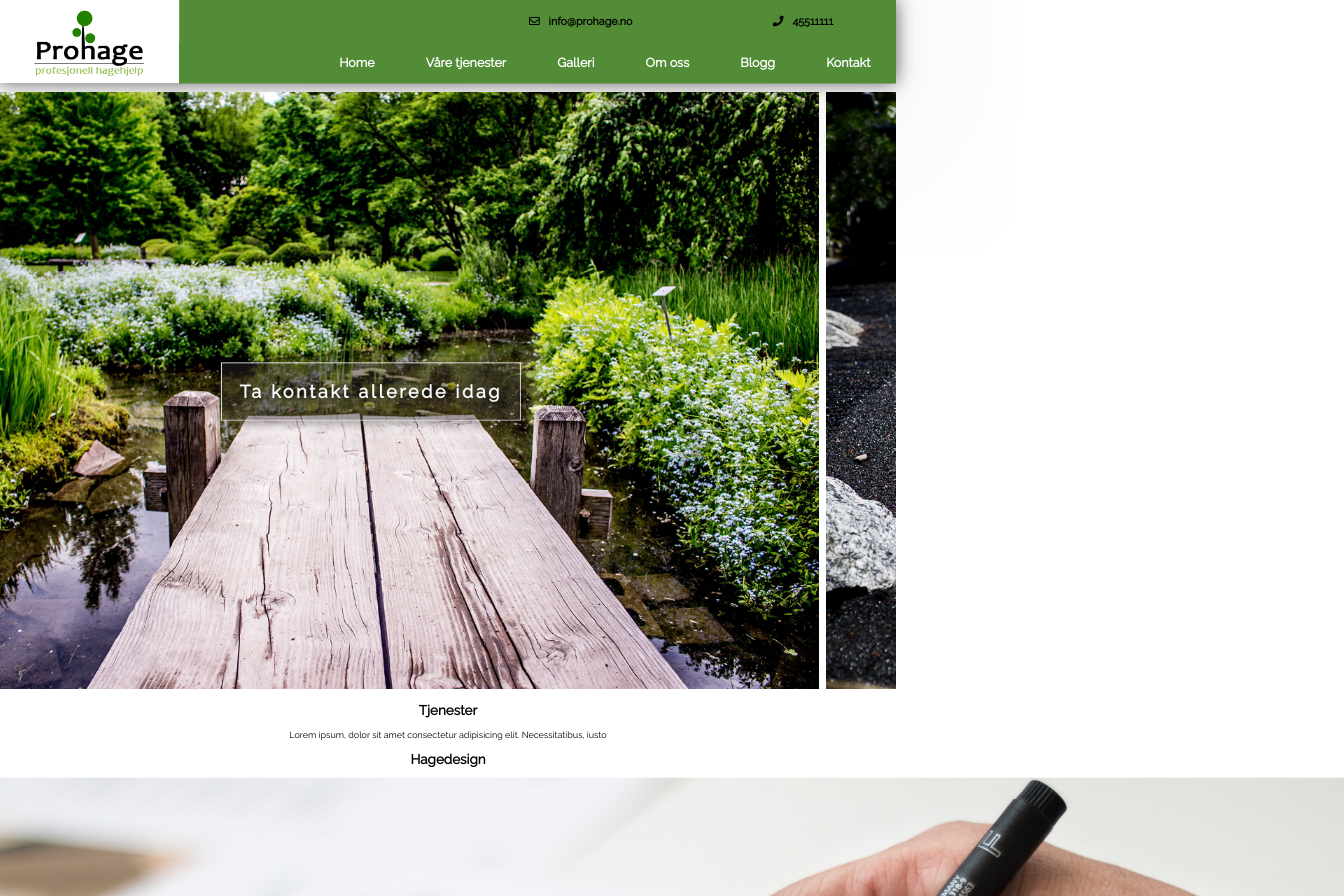
Repository: marinazzz/garden-design-website
Page: index.html
The author's editor kept a copy of each file at every save. The page is drawn from the files as they stood at one save, then again after the next save.
The browser window is 1280 px wide. The page is 1920 px wide, then 1280 px, so the pictures cover 1920 px, including what lies to the right of the window. The pictures show the part of the page from y = 0 to 1280 px (the page is 5349 px tall before and 2920 px after), at 70% of full size.

Above is the page before, as saved 2020-03-31 10:31:14.

### index.html
<!DOCTYPE html>
<html lang="nb">
<head>
    <title>Hagedesign Oslo</title>
    <link rel="stylesheet" type="text/css" href="CSS/fontawesome-free-5.12.1-web/css/all.min.css">
    <link rel="stylesheet" type="text/css" href="CSS/style.css"/>
    <link rel="stylesheet" type="text/css" href="CSS/min-width-768px.css">
    <link rel="stylesheet" type="text/css" href="CSS/min-width-992px.css">
    <link rel="stylesheet" href="https://cdnjs.cloudflare.com/ajax/libs/animate.css/3.7.2/animate.min.css">
    <link rel="stylesheet" type="text/css" href="PLUGINS/glide-master/dist/css/glide.core.min.css" />
    <link rel="stylesheet" type="text/css" href="PLUGINS/glide-master/dist/css/glide.theme.min.css" />
    <link href="https://fonts.googleapis.com/css?family=Raleway&display=swap" rel="stylesheet">
    <meta name="viewport" content="width=device-width, initial-scale=1" charset="UTF-8">
</head>
<body>
    <header class="header--white-green">
        <div class="wrapper">
        <div class="container__menu--small container__menu"> <!--grid container-->
            <div class="container__logo"> <!--1.column-->
                <img class="logo"src="images/prohage black.png" alt="Prohage logo">
            </div>
            <div class="container__items--small container__items"> <!--2.column-->
                <div class="container__item"> <!--1.row-->
                     <a href="mailto:info@prohage.no"
                         class ="container__item-txt"><i class="far fa-envelope"></i>info@prohage.no</a>
                     <a href="tlf:45511111"
                         class="container__item-txt"><i class="fas fa-phone"></i>45511111</a>
                </div>
               <div class="container__item-bottom"> <!--2.row-->
                   <button class="menu__toggle">
                       <i class="fas fa-bars"></i>
                   </button>
                   <nav id="menu">
                        <ul class="menu__list">
                            <li class="menu__item">
                                <a class="menu__link" href="home">Home</a>
                            </li>
                            <li class="menu__item">
                                <a class="menu__link" href="#services">Våre tjenester</a>
                            </li>
                            <li class="menu__item">
                                <a class="menu__link" href="#gallery">Galleri</a>
                            </li>
                            <li class="menu__item">
                                <a class="menu__link" href="#about">Om oss</a>
                            </li>
                            <li class="menu__item">
                                <a class="menu__link" href="#blog">Blogg</a>
                            </li>
                            <li class="menu__item">
                                <a class="menu__link" href="kontakt">Kontakt</a>
                            </li>
                       </ul>
                   </nav>
               </div>
            </div>
            </div>
        </div>
        <section id="main-photo">
            <div class="glide">
                <div class="glide__track"
                     data-glide-el="track">
                    <ul class="glide__slides">
                        <li class="glide__slide">
                            <img class="main-photo__item"
                                 srcset="images/daylight-environment-garden-2000.jpg 2000w,
                                         images/daylight-environment-garden-1000.jpg 1000w"
                                 sizes="(min-width: 1440px) 2000px, 100vw"
                                 src="images/daylight-environment-garden-2000.jpg" alt="Garden and plants" />
                                 <h1 class="main-photo__title">Profesjonell hagehjelp</h1>
                        </li>
                        <li class="glide__slide">
                            <img class="main-photo__item"
                                 srcset="images/main-header-photo-2000.jpg 2000w,
                                          images/main-header-photo-1000.jpg 1000w"
                                 sizes="(min-width: 1440px) 2000px, 100vw"
                                 src="images/main-header-photo-2000.jpg" alt="Garden and plants" />
                                 <h1 class="main-photo__title">Ta kontakt allerede idag</h1>
                                </li>
                        <li class="glide__slide">
                            <img class="main-photo__item"
                                 srcset="images/header-photo-2000.jpg 2000w,
                                         images/header-photo-1000.jpg 1000w"
                                 sizes="(min-width: 1440px) 2000px, 100vw"
                                 src="images/header-photo-2000.jpg" alt="Garden designed by proffesional" />
                                 <h1 class="main-photo__title">Rådgiving og tipser</h1>
                        </li>
                        <li class="glide__slide">
                            <img class="main-photo__item"
                                 srcset="images/bloom-blooming-blur-2000.jpg 2000w,
                                         images/bloom-blooming-blur-1000.jpg 1000w"
                                 sizes="(min-width: 1440px) 2000px, 100vw"
                                 src="images/bloom-blooming-blur-2000.jpg" alt="Garden designed by proffesional" />
                                 <h1 class="main-photo__title">Følg vår hageblogg</h1>
                        </li>
                    </ul>
                </div>
                <!--<div class="glide__arrows"
                         data-glide-el="controls">
                        <button class="glide__arrow glide__arrow--left"
                                data-glide-dir="<">
                            <i class="fas fa-chevron-circle-left"></i>
                        </button>
                        <button class="glide__arrow glide__arrow--right"
                                data-glide-dir=">">
                            <i class="fas fa-chevron-circle-right"></i>
                        </button>
                    </div>-->
            </div>

            <!--<img class="main-photo__item1"
                 srcset="images/architecture-clouds-daylight-2000.jpg 2000w,
                         images/architecture-clouds-daylight-1000.jpg 1000w"
                 sizes="(min-width: 1440px) 2000px, 100vw"
                 src="images/architecture-clouds-daylight-2000.jpg" alt="Garden">
            <img class="main-photo__item2"
                 srcset="images/header-photo-2000.jpg 2000w,
                         images/header-photo-1000.jpg 1000w"
                 sizes="(min-width: 1440px) 2000px, 100vw"
                 src="images/header-photo-2000.jpg" alt="Garden designed by proffesional" >
            <img class="main-photo__item3"
                 srcset="images/main-header-photo-2000.jpg 2000w,
                         images/main-header-photo-1000.jpg 1000w"
                 sizes="(min-width: 1440px) 2000px, 100vw"
                 src="images/main-header-photo-2000.jpg" alt="Garden and plants" >
            <h1 class="main-photo__title">Profesjonell hagehjelp</h1>-->
        </section>
     </header>
     <main>
         <section id="services">
            <h1 class="services-title">Tjenester</h1>
            <p class="services-txt">Lorem ipsum, dolor sit amet consectetur adipisicing elit. Necessitatibus, iusto</p>
            <section class="services-item">
                <h2 class="services-item-title">Hagedesign</h2>
                <img class="services-photo" src="images/person-holding-black-pen-1109541.jpg" alt="Hagedesigner tegner">
                <p class="services-txt">Lorem ipsum dolor sit amet consectetur adipisicing elit. Reiciendis, laboriosam.</p>
                <button class="services-toggle">les mer</button>
            </section>
            <section class="services-item">
                <h2 class= "services-item-title">Hagekonsultasjon</h2>
                <img class="services-photo" src="images/colorful-garden-1226667-1919x1272.jpg" alt="Hagekonsultasjon med hagedesigner">
                <p class="services-txt">Lorem ipsum dolor sit amet consectetur adipisicing elit. Reiciendis, laboriosam.</p>
                <button class="services-toggle">les mer</button>
            </section>
            <section class="services-item">
                <h2 class="services-item-title">Hageskise</h2>
                <img class="services-photo" src="images/selective-focus-photography-of-green-leafed-plant-on-table-1424464.jpg" alt="Hagedesigner hjelp">
                <p class="services-txt">Lorem ipsum dolor sit amet consectetur adipisicing elit. Reiciendis, laboriosam.</p>
                <button class="services-toggle">les mer</button>
            </section>
         </section>
         <section id="gallery">

        </section>
         <article id="blog-posts">
             <h3>Title of blog</h2>
             <p>Blog post text</p>
         </article>
         <section id="about oss">

        </section>
     </main>
     <footer>
	     <p>designed by Marina Zujic
		     <a href="https://github.com/marinazzz">github.com/marinazzz</a>
	     </p>
     </footer>
     <script src="PLUGINS/glide-master/dist/glide.min.js"></script>
     <script>
        new Glide('.glide', {
            type: 'carousel',
            autoplay: true,
            hoverpause: false,
            perView: 1,
            direction: 'rtl',
            animationDuration: 10000
        }).mount()
      </script>
     <script src="JS/js-app.js"></script>
</body>
</html>

### CSS/style.css
html {
  font-size: 62.5%;
}

body {
  margin: 0;
  padding: 0;
  text-align: center;
  box-sizing: border-box;
  font-family: 'Raleway', sans-serif;
}

       /*__ HEADER__ */

/*color styles*/
.header--white-green {
  --header-bg-color: #528C36;
  --header-link-color: black;
  --header-menu-link: #fff;
  --header-toggle-color: #528C36;
}

/*main style*/
.container__menu--small {
  display: flex;
  justify-content: space-around;
  box-shadow: 0 0 2rem 0 rgba(0, 0, 0, 0.24), 0 0 30rem 0 rgba(0, 0, 0, 0.2);
}

.logo {
  max-height: 8rem;
  background: white;
}

.container__items--small {
  display: grid;
  grid-template-rows: 1fr 1fr;
  align-content: flex-end;
  width: 250px;
}

.container__item {
  align-self: center;
}

.container__item,
.container__item-bottom {
  text-align: end;
}

.container__item-txt {
  color: var(--header-link-color);
  text-decoration: none;
  font-size: 1.2rem;
}

.container__item > a:first-of-type {
  padding-right: 1.6rem;
}

.container__item-bottom > nav {
  text-align: center;
}

.menu__toggle {
  color: var(--header-bg-color);
  box-sizing: border-box;
  border: none;
  background-color: transparent;
  outline: none;
  font-size: 3rem;
  line-height: 0;
  padding: 0.5rem;
  color: var(--header-toggle-color);
  position: relative;
  z-index: 100;
}

.fa-phone,
.fa-envelope {
  margin-right: 1rem;
}


/* MENU */

#menu {
  display: none;
  position: absolute;
  top: auto;
  left: 0;
  width: 100%;
  padding-top: 1rem;
  background-color: var(--header-bg-color);
  z-index: 20;
}

.menu__list {
  padding: 0;
  margin: 0;
  display: flex;
  flex-direction: column;
}

.menu__item {
  display: block;
  margin-bottom: 1rem;
}

.menu__link {
  color: var(--header-menu-link);
  text-decoration: none;
  font-size: 1.4rem;
}

#menu.menu-opened {
  display: block;
}


/*FOR SMALL DEVICES*/

@media screen and (max-width: 420px) {

  .logo {
    max-height: 7rem;
  }

  .container__items--small {
    width: auto;
    align-self: center;
  }

  .container__item > a:first-of-type {
    padding-right: 1.3rem;
  }

  .container__item {
    text-align: center;
  }

  .fa-phone, .fa-envelope {
    margin-right: 0.3rem;
  }
}

/* MAIN PICTURE */

#main-photo {
  width: 100%;
  padding-top: 1rem;
}

.main-photo__title {
  position: absolute;
  color: white;
  background-color:#524a4a3b;
  border: 0.1rem solid white;
  filter: drop-shadow(2px 4px 6px black);
  padding: 2rem;
  margin: 0 auto;
  font-size: 1.5rem;
  letter-spacing: 0.2rem;
  top: 50%;
  left: 50%;
  transform: translate(-50%, -50%);
}



/* GLIDE SLIDER CSS OVERRIDES */

.glide__slides {
  margin: 0;
}

.glide__slide {
  position: relative;
}

/*#main-photo .glide__arrow  {
  font-size: 4rem;
  padding: 0;
  border-color: transparent;
  box-shadow: none;
  border-radius: 50%;
  line-height: 0;
  transition: all 200ms ease-in-out;
}

#main-photo .glide__arrow:hover {
  border-color: #252525;
  color: #252525;
}*/



/*#main-photo {
  position: relative;
}

.main-photo__item {
   width: 100%;
}

.main-photo__title {
  position: absolute;
  bottom: 1rem;
  left: 20rem;
  font-size: 2rem;
}*/



/*1. COLOR OPTION*/
/* CSS variables*/
/* :root {
  --header-bg-color: #4daa57;
  --header-top-bg-color: #252525;
  --header-toggle-color: #fff;
}*/

/*.top-header__item {
  color: var(--header-link-color);
  text-decoration: none;
  font-size: 1.4rem;
}*/


/*------MAIN----------*/

### CSS/min-width-768px.css
@media screen and (min-width: 768px) {

  html {
    font-size: 70%;
  }

   /* HEADER */


   .container__menu,
   .container__items {
    display: grid;
   }

   .container__menu {
    grid-template-columns: 2fr 80%;
    box-shadow: 0 0 2rem 0 rgba(0, 0, 0, 0.62), 0 0 30rem 0 rgba(0, 0, 0, 0.19);
  }

  .container__items {
    grid-template-rows: 1fr 1fr;
    background: var(--header-bg-color);
    width: auto;
  }

  .container__item,
  .container__item-bottom {
    display: flex;
  }

  .container__item {
    align-self: center;
    justify-content: space-around;
    /*padding-left: 23rem;*/
  }

  .container__item > a:first-of-type {
    padding-left: 10rem;
  }

  .container__item-bottom {
    align-items: center;
  }

  .menu__toggle {
    display: none;
  }

  /* NAVIGATION */

  #menu,
  .menu-opened .menu__item .menu__link {
    display: block;
  }

  #menu {
    position: static;
    padding: 0;
    top: 0;
  }

  #menu,
  .menu_list {
    height: 100%;
  }

  .menu__list {
    height: 100%;
    flex-direction: row;
    justify-content: center;
    align-items: center;
    padding-left: 5rem;
  }

  .menu__item {
    height: 100%;
    display: block;
    flex-grow: 1;
    margin: 0;
    line-height: 4.5rem;
  }

  .menu__item:hover {
    background-color:#272727;
  }

  .menu__link:active {
    color:black;
  }

  .menu__link,
  .container__item-txt {
    font-weight: bold;
  }

  /* color styles */

  :root {
    /*header*/
    --header-bg-color:#528C36;
    --link-color: #FCFDF9;
  }

  /* MAIN PHOTO */

  .main-photo__title {
    font-size: 2rem;
    letter-spacing: 0.3rem;
}

}

### CSS/min-width-992px.css
@media screen and (min-width: 992px) {
    html {
        font-size: 80%;
    }

   /* HEADER */

    .logo {
        max-height: 9rem;
    }

    .container__items {
        width: auto;
    }

    .container__item {
        padding-left: 22rem;;
    }

    .container__item-bottom,
    .container__items {
        padding: 0;
    }

    #menu {
        padding-left: 10rem;
    }
}

@media screen and (min-width: 1440px) {

    /* HEADER */
    .container__menu {
        max-width: 1500px;
        margin: 0 auto;
    }

    .container__item {
        padding-left: 47rem;;
    }

    #menu {
        padding-left: 30rem;
    }


    /* MAIN PHOTO */

    .main-photo__title {
        font-size: 3rem;
        letter-spacing: 0.5rem;
    }
}

@media screen and (min-width: 2560px) {

    .logo {
        max-height: 12rem;
    }

    .container__item {
        justify-self: center;
    }

    .container__item > a:first-of-type {
        padding: 0 13rem;
    }

    .container__item-bottom {
        padding: 0 40rem;
    }

    /*content on middle*/

    .container__menu {
        max-width: 2000px;
    }

    .container__item-bottom,
    .container__items {
        padding: 0;
    }

    #menu,
    .container__item {
        padding-left: 50rem;
    }
}

Loaded but not shown: CSS/fontawesome-free-5.12.1-web/css/all.min.css (library); PLUGINS/glide-master/dist/css/glide.core.min.css (common file); PLUGINS/glide-master/dist/css/glide.theme.min.css (common file); PLUGINS/glide-master/dist/glide.min.js (library); JS/js-app.js (no copy from this time; the picture is the same without it)

After the next save:
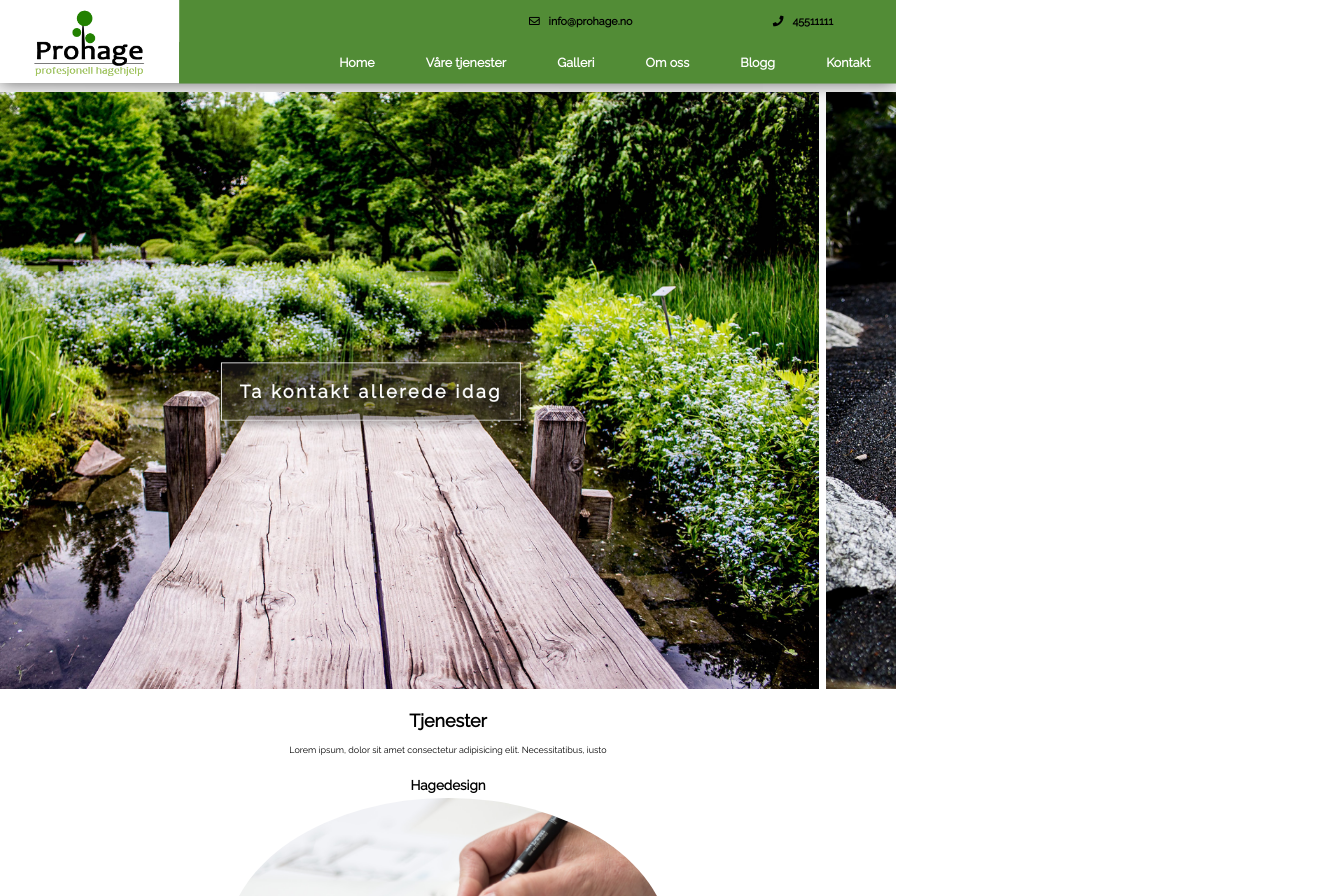
Saved 81 s later.
--- a/CSS/style.css
+++ b/CSS/style.css
@@ -228,3 +228,52 @@ body {
 
 
 /*------MAIN----------*/
+
+/* SECTIONS */
+
+/*Common styles for sections*/
+#services, #gallery, #reviews, #about {
+  padding: 0.5rem;
+}
+
+.services-title, .gallery-title, .about-title {
+  font-size: 2rem;
+  margin: 0 9rem;
+  padding-top: 1.6rem;
+  border-bottom: var(--section-border-color) solid 0.25rem;
+}
+
+/* SECTION SERVICES */
+
+.services-txt {
+  margin: 0;
+  padding-top: 1.5rem;
+}
+.services-item {
+  padding-top: 2rem;
+}
+
+.services-item-title {
+  margin: 0.5rem 0 0.5rem 0;
+}
+
+.services-photo {
+  overflow: hidden;
+  border-radius: 50%;
+  width: 50%;
+}
+
+.services-item-title {
+  color: var(--section-h2-color);
+}
+
+.services-toggle {
+  background: var(--buttons-services-color);
+  border-radius: 2rem;
+  box-sizing: border-box;
+  border: none;
+  font-size: 1rem;
+  padding: 0.5rem;
+  margin: 1rem;
+  color: #fff;
+}
